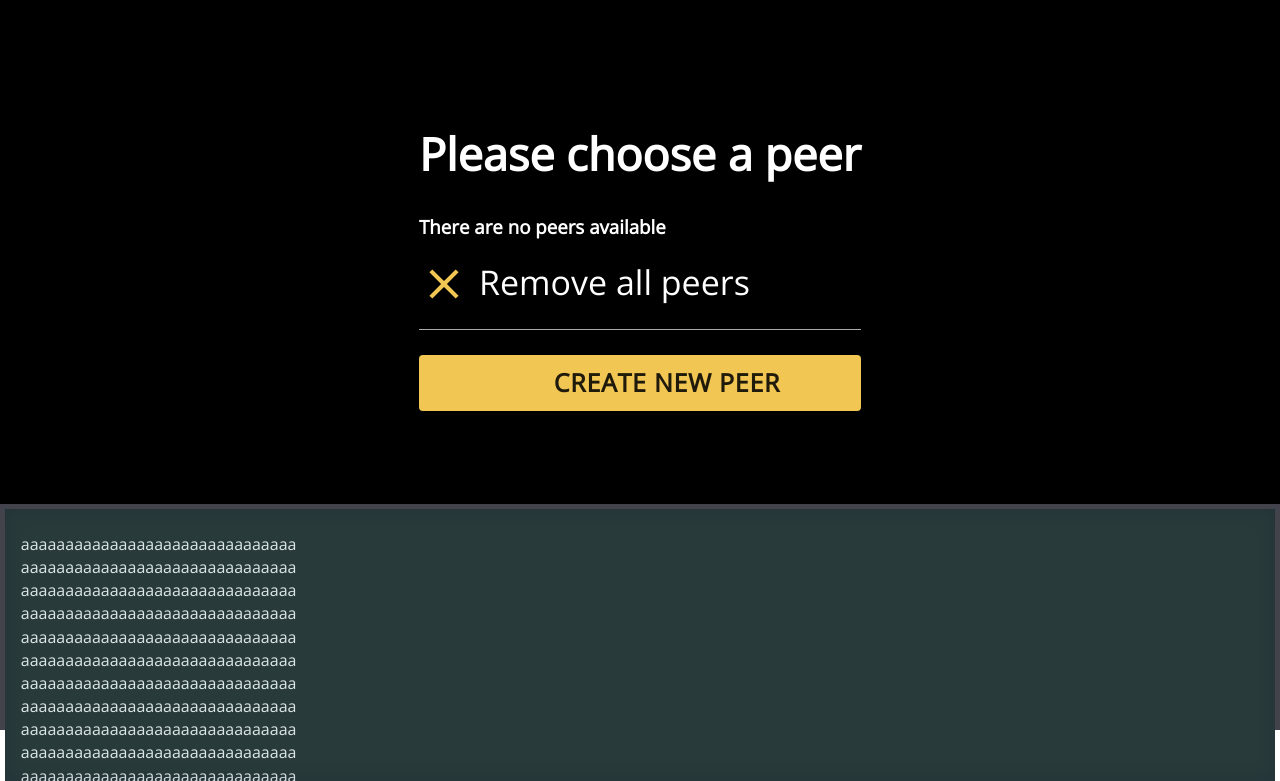
Repository: Bachdz/ASAP-Gui-Frontend
Page: /login
The author's editor kept a copy of each file at every save. The page is drawn from the files as they stood at one save, then again after the next save.
The browser window is 1280 px wide. The pictures show the whole page.
The page's requests for data from a server got no answer. The project was rebuilt for these pictures with package versions that can differ from the ones it lists, and the page was loaded fresh each time. No one was signed in, and anything a server would have sent is missing. Also part of the build but not shown: src/css/loginscreen/Peer.css, src/components/fragments/Footer.js, src/components/mainscreen/subcomponents/Apps.js, src/css/mainscreen/Main.css, src/components/mainscreen/Main.js.

Above is the page before, as saved 2020-12-16 19:54:04.

### src/App.js
import React from 'react';



import { ReactComponent as Arrow } from './arrow.svg';
import Login from './components/loginscreen/Login';
import Main from './components/mainscreen/Main';
import { Link } from 'react-router-dom';
import Logo from './components/fragments/Footer';


import { BrowserRouter as Router, Route } from 'react-router-dom'

import './App.css';

function App() {
  return (
      <Router>
        <Route exact path="/" render={props => (
          <React.Fragment>
        <div className="container">

            <div className="content">
              <div id="box">
                <h1>Welcome to ASAP engine</h1>
                <Link to="/login"><Arrow id="next" /></Link>
              </div>
            </div>
          <Logo />
        </div>


          </React.Fragment>
        )} />
        <Route path="/login" component={Login} />
        <Route path="/main/user" component={Main} />

      </Router>
  );
}



export default App;

### src/components/loginscreen/Login.js
import React, { Component } from 'react';
import Peer from './subcomponents/Peer';
import CreateUser from './subcomponents/CreateUser';
import CloseIcon from '@material-ui/icons/Close';
import Alert from '@material-ui/lab/Alert';
import Snackbar from '@material-ui/core/Snackbar';
import Logo from '../fragments/Footer';
import Terminal from '../fragments/Terminal';



import '../../css/loginscreen/Login.css';
import axios from 'axios';



class Login extends Component {
    state = {
        peers: [],
        alertopen: false,
        alertmsg: '',
        alerttype: ''
    }

    componentDidMount() {
        axios.get('http://localhost:8080/api/v1/asap/peers')
            .then(res => this.setState({ peers: res.data }))
    }

    //create User
    addUser = (userName) => {
        let url = 'http://localhost:8080/api/v1/asap/peer?name=' + userName;
        axios.post(url)
            .then(res => this.setState({ peers: [...this.state.peers, res.data] }))
    }

    //remove all users
    removeAllUser = () => {
        axios.delete('http://localhost:8080/api/v1/asap/peers')
            .then(res => {
                if (res.data === false) {
                    this.setState({ alertopen: !this.state.alertopen, alertmsg: "Couldn't delete peers", alerttype: "error" });

                } else if (res.data === true) {
                    this.setState({ alertopen: !this.state.alertopen, alertmsg: "Deleted successfully ", alerttype: "success" });
                    axios.get('http://localhost:8080/api/v1/asap/peers')
                        .then(res => this.setState({ peers: res.data }))
                }



            }


            )


    }

    handleClose = (event, reason) => {
        this.setState({ alertopen: !this.state.alertopen });
    }


    render() {
        const { alertopen, alertmsg, alerttype } = this.state;
        return (
            <div>

                <div className="background-container">
                    <div className="content">
                        <div className="login-container">
                            <Snackbar anchorOrigin={{ vertical: 'top', horizontal: 'center' }} open={alertopen} autoHideDuration={2000} onClose={this.handleClose}>
                                <Alert onClose={this.handleClose} severity={alerttype}>
                                    {alertmsg}
                                </Alert>
                            </Snackbar>
                            <h1>Please choose a peer</h1>
                            <Peer peers={this.state.peers} />

                            <div id="remove-peer">
                                <CloseIcon id="remove" onClick={this.removeAllUser} /> Remove all peers
            </div>
                            <CreateUser addUser={this.addUser} />

                        </div>
                    </div>

                </div>
                <Terminal />

            </div>

        );
    }
}


export default Login;

### src/App.css
@import url('https://fonts.googleapis.com/css?family=Open+Sans');
body {
  font-family: "Open Sans", sans-serif;

}

#box {
  text-align: center;
}

.content {
  min-height: 70vh;
  display: flex;
  align-items: center;
}

.container {
  display: flex;
  align-items: center;
  justify-content: center;
  flex-direction: column;
  background-color: #000000;
  color: #ffffff;
  height: 100vh;
  margin:0;
}

footer {
 margin-top:auto;
 width: 100vw;
}



#next {
  cursor: "pointer";
  transition: transform 330ms ease-in-out;

}
#next:hover {
  cursor: pointer;
  -ms-transform: scale(1.2); /* IE 9 */
  -webkit-transform: scale(1.2); /* Safari 3-8 */
  transform: scale(1.2);
}
h1 {
  font-size: 45px;
  text-align: center;
  animation: fadein 3s;
  -moz-animation: fadein 3s; /* Firefox */
  -webkit-animation: fadein 3s; /* Safari and Chrome */
  -o-animation: fadein 3s; /* Opera */
}
@keyframes fadein {
  from {
      opacity:0;
  }
  to {
      opacity:1;
  }
}
@-moz-keyframes fadein { /* Firefox */
  from {
      opacity:0;
  }
  to {
      opacity:1;
  }
}
@-webkit-keyframes fadein { /* Safari and Chrome */
  from {
      opacity:0;
  }
  to {
      opacity:1;
  }
}
@-o-keyframes fadein { /* Opera */
  from {
      opacity:0;
  }
  to {
      opacity: 1;
  }
}

### src/components/loginscreen/subcomponents/Peer.js
import React from 'react';
import '../../../css/loginscreen/Peer.css';
import AccountCircleIcon from '@material-ui/icons/AccountCircle';
import ArrowForwardIcon from '@material-ui/icons/ArrowForward';
// import { Redirect } from 'react-router-dom';
import { Link } from 'react-router-dom';

function Peer (props) {

        if (props.peers.length > 0) {
            return (
                props.peers.map((peer) => (
                    <div className="peer-container">
                        <AccountCircleIcon id="icon" />
                        {peer.name}
                        <Link to={{
                            pathname: '/main/user',
                            state: {
                                peer: peer.name
                            }
                        }}>
                            <ArrowForwardIcon id="forward" />
                        </Link>
                    </div>

                ))

            );


        } else {
            return (
                <h3>There are no peers available</h3>
            )
        }
    }





export default Peer;

### src/components/loginscreen/subcomponents/CreateUser.js
import React, {Component} from 'react';
import Button from '@material-ui/core/Button';
import AddIcon from '@material-ui/icons/Add';
import TextField from '@material-ui/core/TextField';
import Dialog from '@material-ui/core/Dialog';
import DialogActions from '@material-ui/core/DialogActions';
import DialogContent from '@material-ui/core/DialogContent';
import '../../../css/loginscreen/CreateUser.css';
import DialogContentText from '@material-ui/core/DialogContentText';

export class CreateUser extends Component {
    state = {
        open: false,
        error: false,
        username: ''
    }

    handleClickOpen = () => {
        this.setState({
            open: !this.state.open
        })
      };

    handleClose = (e) => {
        this.setState({
            open: !this.state.open
        })
    };

    onChange = (e) => this.setState({ [e.target.name]: e.target.value })

    onSubmit = (e) => {
        if (this.state.username !== '') {
            this.props.addUser(this.state.username);
            this.setState({username : ''});
            this.handleClose();
        } else {
            this.setState({error: true});
        }
    }

    render() {
    const { open,error } = this.state

    return (
        <div>

            <Button startIcon={<AddIcon id="addIcon" />} id="addButton" onClick={this.handleClickOpen}>Create new peer</Button>

            <Dialog open={open} onClose={this.handleClose} aria-labelledby="form-dialog-title">
                <DialogContent id="dialog">
                    <DialogContentText id="dialog-text">
                        Please enter your name
          </DialogContentText>
                    <TextField
                       error={this.state.error}
                     required
                        autoFocus
                        margin="dense"
                        name="username"
                        type="string"
                        label="Username"
                        helperText={error ===true  ? "username is required" : ""}
                        onChange={this.onChange}
                        fullWidth
                    />
                </DialogContent>
                <DialogActions id="dialog-action">
                    <Button onClick={this.onSubmit} id="button" color="primary">
                        Done
          </Button>
                </DialogActions>
            </Dialog>
        </div>
    );
}
}
export default CreateUser ;

### src/components/fragments/Terminal.js
import React from 'react'
import '../../css/Terminal.css';



export default function Terminal() {
    return (
        <div className="console">
            <pre className="i-has-teh-code">
                <p>aaaaaaaaaaaaaaaaaaaaaaaaaaaaaaa</p>
                <p>aaaaaaaaaaaaaaaaaaaaaaaaaaaaaaa</p>
                <p>aaaaaaaaaaaaaaaaaaaaaaaaaaaaaaa</p>
                <p>aaaaaaaaaaaaaaaaaaaaaaaaaaaaaaa</p>
                <p>aaaaaaaaaaaaaaaaaaaaaaaaaaaaaaa</p>
                <p>aaaaaaaaaaaaaaaaaaaaaaaaaaaaaaa</p>
                <p>aaaaaaaaaaaaaaaaaaaaaaaaaaaaaaa</p>
                <p>aaaaaaaaaaaaaaaaaaaaaaaaaaaaaaa</p>
                <p>aaaaaaaaaaaaaaaaaaaaaaaaaaaaaaa</p>
                <p>aaaaaaaaaaaaaaaaaaaaaaaaaaaaaaa</p>
                <p>aaaaaaaaaaaaaaaaaaaaaaaaaaaaaaa</p>
                <p>aaaaaaaaaaaaaaaaaaaaaaaaaaaaaaa</p>
                <p>aaaaaaaaaaaaaaaaaaaaaaaaaaaaaaa</p>

            </pre>
        </div>
    )
}

### src/css/loginscreen/Login.css
@import url('https://fonts.googleapis.com/css?family=Open+Sans');




.content {
    display: flex;
    align-items: center;
    justify-content: center;
    flex-direction: column;
    background-color: #000000;
    color: #ffffff;
    margin:0;
  }

footer {
   margin-top:auto;
   width: 100vw;
  }




#remove {
    cursor: pointer;
    color: #F1C653;
    float: left;
    font-size: 50px;
    margin-right: 10px;
}

#remove:hover {
    cursor: pointer;
    -ms-transform: scale(1.2); /* IE 9 */
    -webkit-transform: scale(1.2); /* Safari 3-8 */
    transform: scale(1.2);
  }

#remove-peer {
    width: 100%;
    border-bottom: 1px solid #aaa;
    padding-bottom:20px;
    margin-top: 20px;
    display: flex;
    font-size: 34px;
    animation: fadein 3.5s;
    -moz-animation: fadein 3.5s; /* Firefox */
    -webkit-animation: fadein 3.5s; /* Safari and Chrome */
    -o-animation: fadein 3.5s; /* Opera */
}

### src/css/loginscreen/CreateUser.css
@import url('https://fonts.googleapis.com/css?family=Open+Sans');
* {
    font-family:"Open Sans", sans-serif ;
}
#addButton{
    z-index: 99;
    margin-top:25px;
    background-color: #F1C653;
    width: 100%;
    font-size:25px;
    font-weight: bolder;
}

#addIcon {
    font-size: 26px;
}
#dialog {

}
#dialog-text {
    font-family:"Open Sans", sans-serif ;
    color: #000000;

    text-align: center;
}
#button {
    background-color: #F1C653;
    color: #000000;
    width: 50%;
    font-size:15px;
    font-weight: bolder;
}

### src/css/Terminal.css
@charset "UTF-8";
@-webkit-keyframes waiting {
    0% {
        opacity: 0;
    }
    35%,
    75% {
        opacity: 1;
    }
    100% {
        opacity: 0;
    }
}

@keyframes waiting {
    0% {
        opacity: 0;
    }
    35%,
    75% {
        opacity: 1;
    }
    100% {
        opacity: 0;
    }
}

@-webkit-keyframes joltBG {
    0% {
        opacity: 0.3;
    }
    22%,
    26% {
        opacity: 0.2;
    }
    27%,
    45% {
        opacity: 0.4;
    }
    46%,
    76% {
        opacity: 0.5;
    }
    76%,
    78% {
        opacity: 0.05;
    }
    78% {
        opacity: 0.3;
    }
    100% {
        opacity: 0.3;
    }
}

@keyframes joltBG {
    0% {
        opacity: 0.3;
    }
    22%,
    26% {
        opacity: 0.2;
    }
    27%,
    45% {
        opacity: 0.4;
    }
    46%,
    76% {
        opacity: 0.5;
    }
    76%,
    78% {
        opacity: 0.05;
    }
    78% {
        opacity: 0.3;
    }
    100% {
        opacity: 0.3;
    }
}

.i-has-teh-code {
    height: 100%;
    overflow-y: scroll;
    white-space: pre-wrap;
    background: #283a3a;
    color: #dce6e6;
    margin: 0 auto;
    font-family: Monaco, Consolas, "Lucida Console", monospace;
    padding: 1em 1em 2.5em 1em;
    line-height: 0.45;
    position: relative;

}

.i-has-teh-code::-moz-selection {
    color: #141e1e;
    background: #dce6e6;
}

.i-has-teh-code::selection {
    color: #141e1e;
    background: #dce6e6;
}

.i-has-teh-code:before {
    position: absolute;
    pointer-events: none;
    top: 0;
    right: 0;
    bottom: 0;
    left: 0;
    background-color: rgba(50, 50, 80, 0.6);
    content: '';
    z-index: 100;
    box-shadow: inset 0px 0px 20px 0px rgba(0, 0, 60, 0.3);
    background: url('data:[embedded picture, 484 characters]');
    -webkit-animation-name: joltBG;
    animation-name: joltBG;
    -webkit-animation-duration: 10000ms;
    animation-duration: 10000ms;
    -webkit-animation-iteration-count: infinite;
    animation-iteration-count: infinite;
    -webkit-animation-timing-function: linear;
    animation-timing-function: linear;
}

.i-has-teh-code:after {
    position: relative;
    pointer-events: none;
    bottom: 0em;
    left: 0em;
    content: '■';
    padding: 1em;
    -webkit-animation-name: waiting;
    animation-name: waiting;
    -webkit-animation-duration: 1200ms;
    animation-duration: 1200ms;
    -webkit-animation-iteration-count: infinite;
    animation-iteration-count: infinite;
    -webkit-animation-timing-function: ease-in-out;
    animation-timing-function: ease-in-out;
}

.console {
    height: 30vh;
    background: rgba(20, 20, 30, 0.8);
    padding: 0.3em;
}

### src/css/mainscreen/Apps.css

#addIcon, #removeIcon {
    float:right;
    color: #F1C653;
    font-size: 30px;
    margin-right:20px;
}
.title {
    display:flex;
    align-items: center;
}


.parentList {
    margin-left:10px;
}

.main-items {
    font-size: 30px;
}

#apps {
    padding-left:50px;
}

.input {
    font-style: italic;
    width: 100%;
    border:none;
    outline: none;
    border-bottom: 2px solid #808080;
    background: #000000;
    color: #ffffff;
    width: 70%;
    margin-left:45px;
    font-size:20px;
}

.add {
    width: 100%;
    display:flex;
    color: #F1C653;
}

#checkicon {
    float: right;
}

#checkicon-inactive {
    color: #808080;
}

Loaded but not shown: public/index.html (common file); src/index.js (common file); src/index.css (common file); src/reportWebVitals.js (common file)

After the next save:
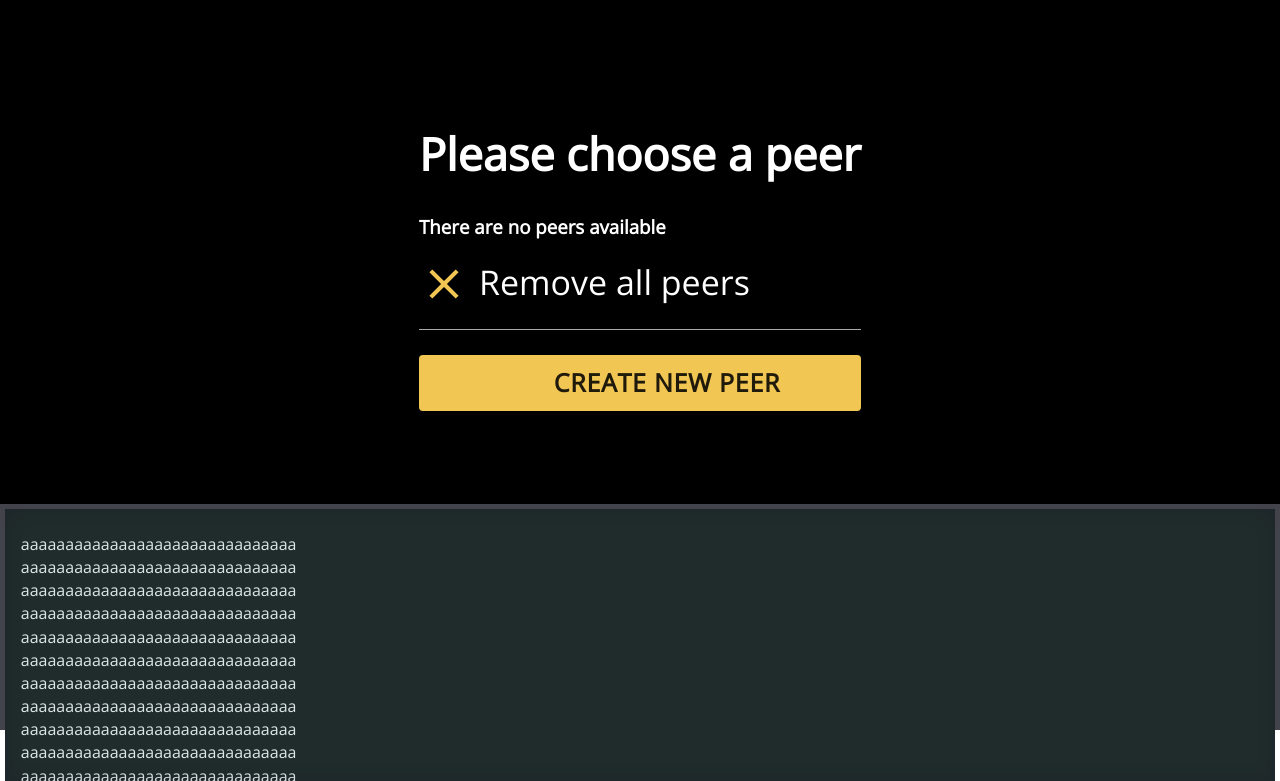
Saved 8 s later.
--- a/src/css/Terminal.css
+++ b/src/css/Terminal.css
@@ -85,7 +85,7 @@
     height: 100%;
     overflow-y: scroll;
     white-space: pre-wrap;
-    background: #283a3a;
+    background: #202b2b;
     color: #dce6e6;
     margin: 0 auto;
     font-family: Monaco, Consolas, "Lucida Console", monospace;
